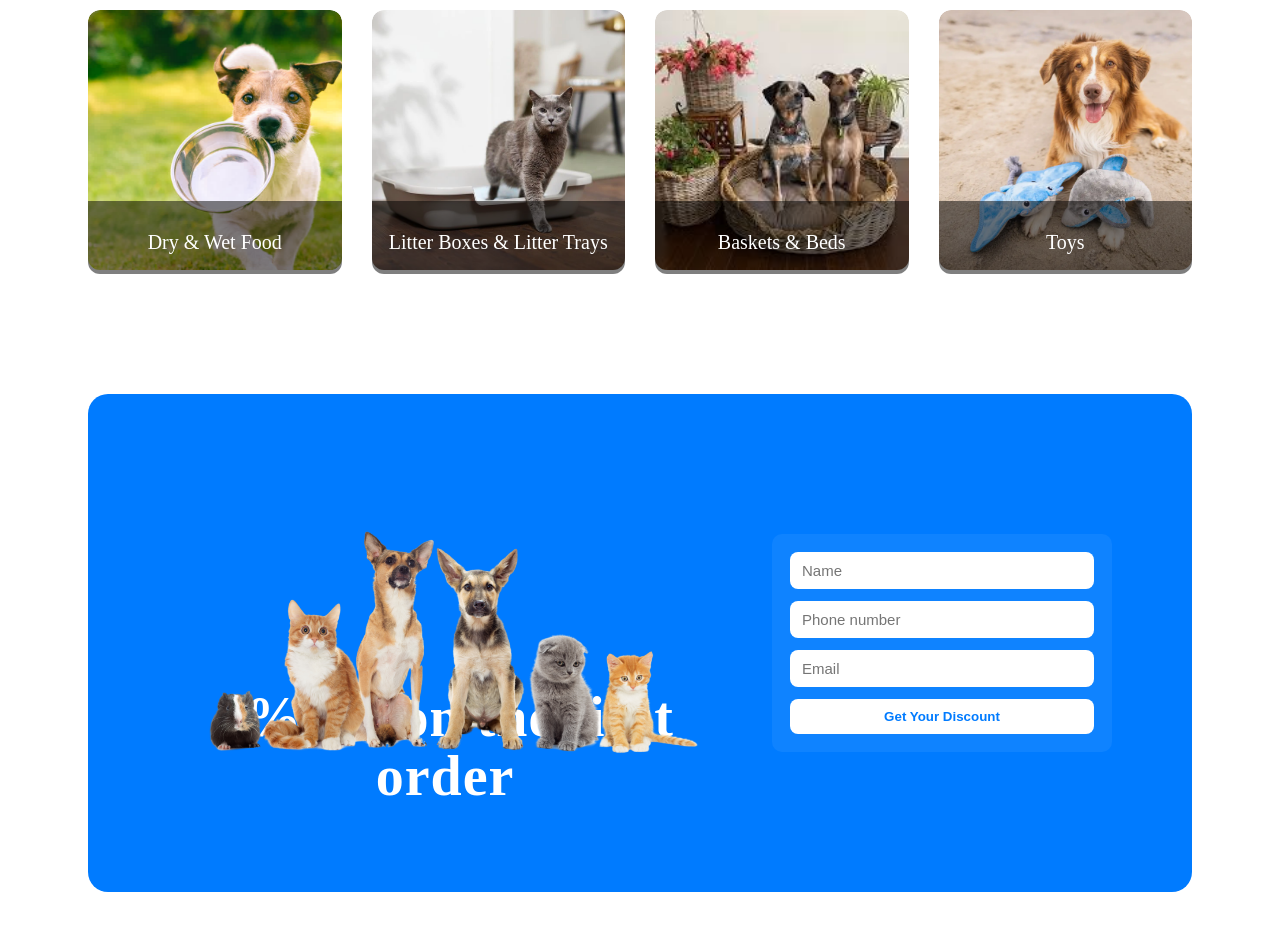
Repository: JuliiaJuliia/pet-shop-frontend
Page: / (app in pet-shop-frontend/)
An editor plug-in stored every save of this project. The page is shown before and after the next save, followed by the edit.
The browser window is 1280 px wide. The pictures show the part of the page from y = 773 to 1725 px (the page is 1725 px tall before and 1655 px after).
The project was rebuilt for these pictures with package versions that can differ from the ones it lists, and the page was loaded fresh each time. Also part of the build but not shown: pet-shop-frontend/vite.config.js, pet-shop-frontend/src/pages/CheckoutPage.jsx, pet-shop-frontend/src/api/axios.js, pet-shop-frontend/src/components/ProductList.jsx.

Above is the page before, as saved 2025-11-06 14:54:13.

After the next save:
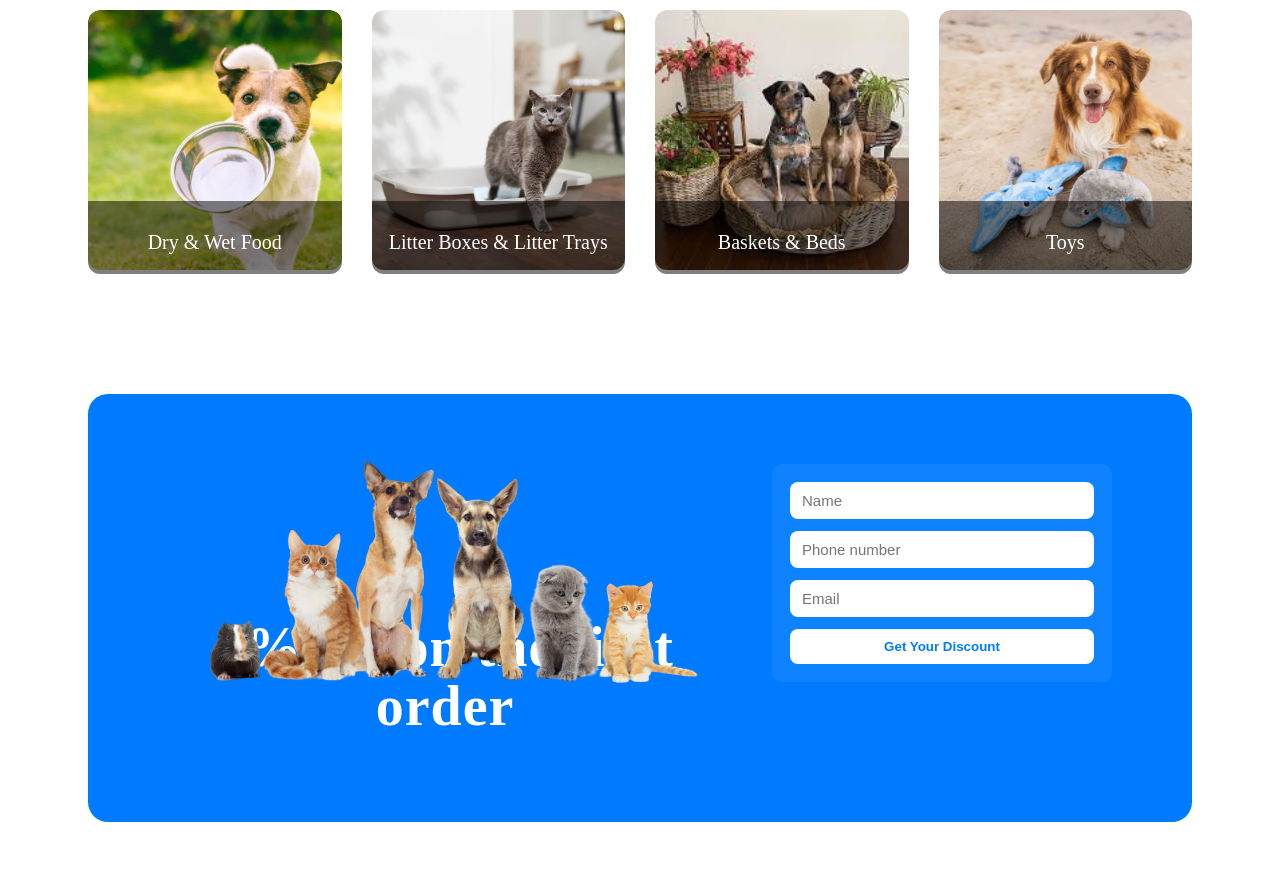
Saved 21 s later.
--- a/pet-shop-frontend/src/components/DiscountBanner.css
+++ b/pet-shop-frontend/src/components/DiscountBanner.css
@@ -34,7 +34,7 @@
     width: 100%;
     position: relative;
     /* Важливо: відсунути вміст трохи вниз щоб він опинився під центральним заголовком */
-    margin-top: 80px;         /* ← при потребі регулюй (збільшувати, якщо заголовок перекривається) */
+    margin-top: 10px;         /* ← при потребі регулюй (збільшувати, якщо заголовок перекривається) */
   }
 
   /* ліва частина (картинка) */
